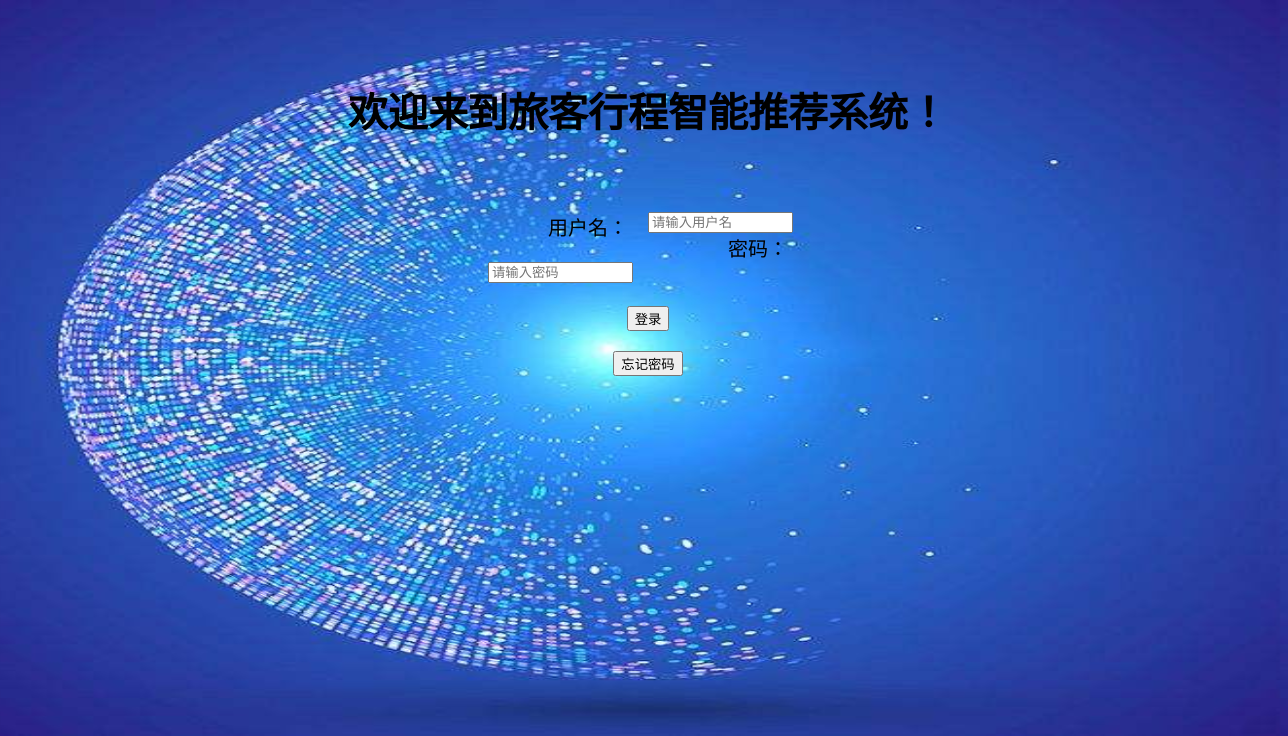
Repository: never-404/Intelligent-recommendation-system
Page: http://localhost/Intelligent-recommendation-system/log.jsp
The author's editor kept a copy of each file at every save. The page is drawn from the files as they stood at one save, then again after the next save.
The browser window is 1280 px wide. The page is 1288 px wide, then 1280 px, so the pictures cover 1288 px, including what lies to the right of the window. The pictures show the whole page.
The page is served by Tomcat 9. Nobody is signed in. The application's start-up code is not run. Other server files are loaded and not shown.

Above is the page before, as saved 2019-04-19 00:44:18.

### Intelligent-recommendation-system/WebRoot/log.jsp
<%@ page language="java" contentType= "text/html;charset=gb2312" %>
<html>

	<head>
		<title>登录页面</title>
	    <meta charset="utf-8">

		<style type="text/css">
		.title
		{
			font-size: 300%

		}
		.table
		{
			margin:auto;
			width:25%;

		}
		lable { float: left; width: 7em; margin-right:1em; text-align: right; }
		h1	  {text-align: center}
	    body{
        font-size:20px;
        font-family:"宋体";
        background-image:url(circle.jpg);

        background-size: 100% 100%;
	    width: 100%;
	    height: 100%;
    	}
        .a{
            text-align:center;
            vertical-align:middle;
        }
        img{max-width: 100%; height:auto;}

</style>
	</head>

	<body>
	<BR>	<BR>
	<h1>欢迎来到旅客行程智能推荐系统！</h1>
		<BR>	<BR>
    <div class="table">
    	<lable>用户名：</lable><input type="text" name="number" placeholder="请输入用户名" size="15" maxlength="10"/>
        <!--学号为10位-->
        <br>
        <lable>密码：</lable><input type="password" name="passport" placeholder="请输入密码" size="15" maxlength="10"/>
        <br>
    </div>
    <br>


	<div class=a>

    <form action = "mainpage.jsp" method = "post">
		<input type="submit" value ="登录">
	</form>
    <form action = "forget_pswd.jsp" method = "post">
		<input type="submit" value ="忘记密码">
	</form>

	</div>

	</body>


</html>

After the next save:
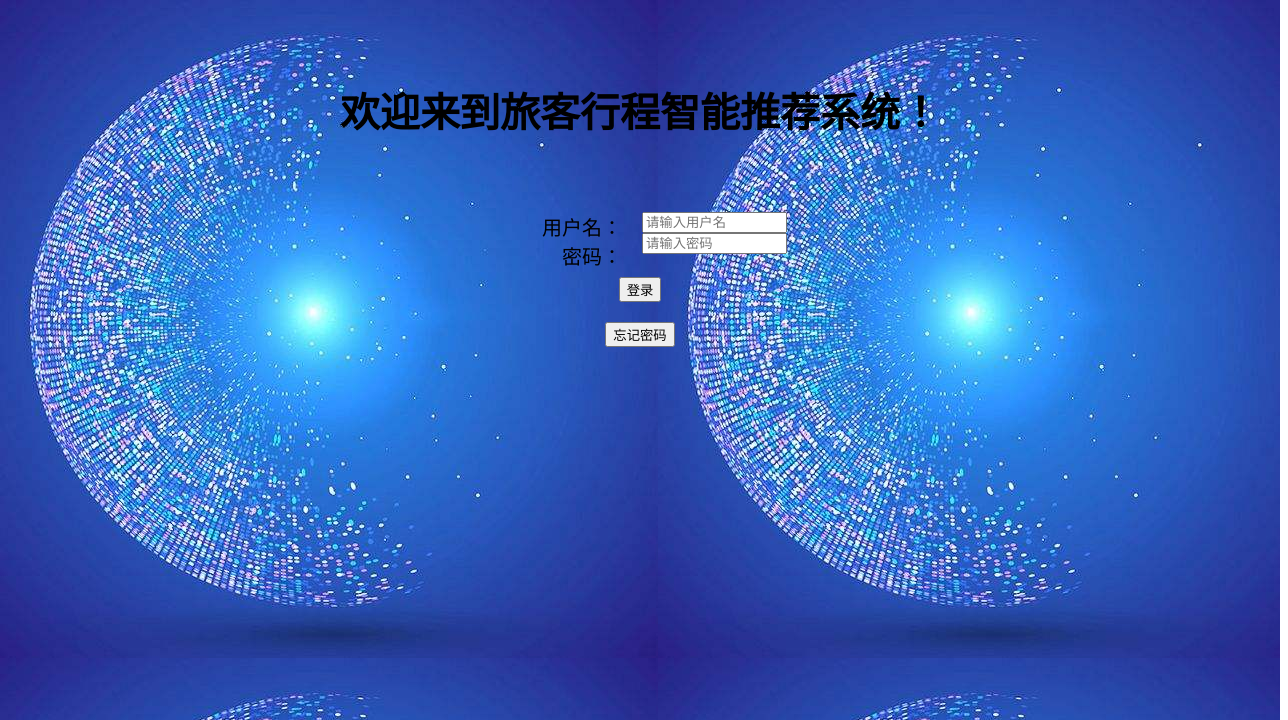
Saved 12 s later.
--- a/Intelligent-recommendation-system/WebRoot/log.jsp
+++ b/Intelligent-recommendation-system/WebRoot/log.jsp
@@ -24,9 +24,7 @@
         font-family:"宋体";
         background-image:url(circle.jpg);
 
-        background-size: 100% 100%;
-	    width: 100%;
-	    height: 100%;
+
     	}
         .a{
             text-align:center;
